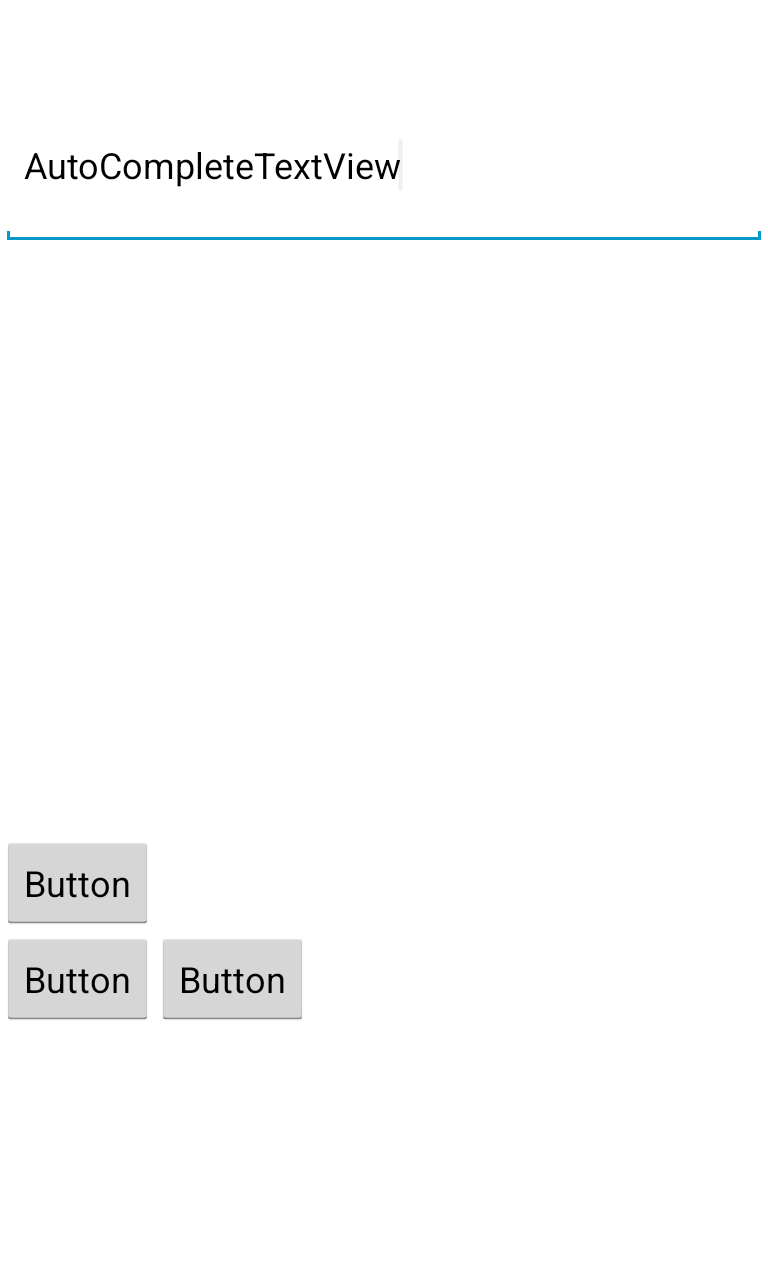
Repository: thinhnk55/android-appshare
Layout: ShareApp/res/layout/activity_main.xml
An editor plug-in stored every save of this project. The layout is shown before and after the next save, followed by the edit.
It is drawn on a 768 x 1280 px phone screen (xhdpi) without system bars, with theme AppTheme; the app's code is not run.

Above is the layout before, as saved 2014-07-02 16:32:36.

### ShareApp/res/layout/activity_main.xml
<RelativeLayout xmlns:android="http://schemas.android.com/apk/res/android"
    xmlns:tools="http://schemas.android.com/tools"
    android:layout_width="match_parent"
    android:layout_height="match_parent"
    tools:context=".MainActivity">

    <TabHost
        android:id="@android:id/tabhost"
        android:layout_width="match_parent"
        android:layout_height="match_parent"
        android:layout_alignParentLeft="true"
        android:layout_alignParentTop="true">

        <LinearLayout
            android:layout_width="match_parent"
            android:layout_height="match_parent"
            android:orientation="vertical"
            android:weightSum="120" >

            <TabWidget
                android:id="@android:id/tabs"
                android:layout_width="match_parent"
                android:layout_height="wrap_content"
                android:layout_weight="10">
            </TabWidget>

            <AutoCompleteTextView
                android:id="@+id/autoCompleteTextView1"
                android:layout_width="match_parent"
                android:layout_height="wrap_content"
                android:ems="10"
                android:text="AutoCompleteTextView"
                android:layout_weight="10" >

                <requestFocus />
            </AutoCompleteTextView>

            <FrameLayout
                android:id="@android:id/tabcontent"
                android:layout_width="match_parent"
                android:layout_weight="20">

                <LinearLayout
                    android:id="@+id/tab1"
                    android:layout_width="match_parent"
                    android:layout_height="match_parent" >
                </LinearLayout>

                <LinearLayout
                    android:id="@+id/tab2"
                    android:layout_width="match_parent"
                    android:layout_height="match_parent" >
                </LinearLayout>

                <LinearLayout
                    android:id="@+id/tab3"
                    android:layout_width="match_parent"
                    android:layout_height="match_parent" >
                </LinearLayout>
            </FrameLayout>

            <FrameLayout
                android:layout_width="match_parent"
                android:layout_height="wrap_content"
                android:layout_weight="50" >
            </FrameLayout>

            <Button
                android:id="@+id/button1"
                android:layout_width="wrap_content"
                android:layout_height="wrap_content"
                android:text="Button" />

            <LinearLayout
                android:layout_width="match_parent"
                android:layout_height="wrap_content" >

                <Button
                    android:id="@+id/button2"
                    android:layout_width="wrap_content"
                    android:layout_height="wrap_content"
                    android:text="Button" />

                <Button
                    android:id="@+id/button3"
                    android:layout_width="wrap_content"
                    android:layout_height="wrap_content"
                    android:text="Button" />

            </LinearLayout>

        </LinearLayout>
    </TabHost>

</RelativeLayout>

Loaded but not shown: ShareApp/res/values/styles.xml (common file); ShareApp/res/values-v11/styles.xml (common file); ShareApp/res/values-v14/styles.xml (common file)

After the next save:
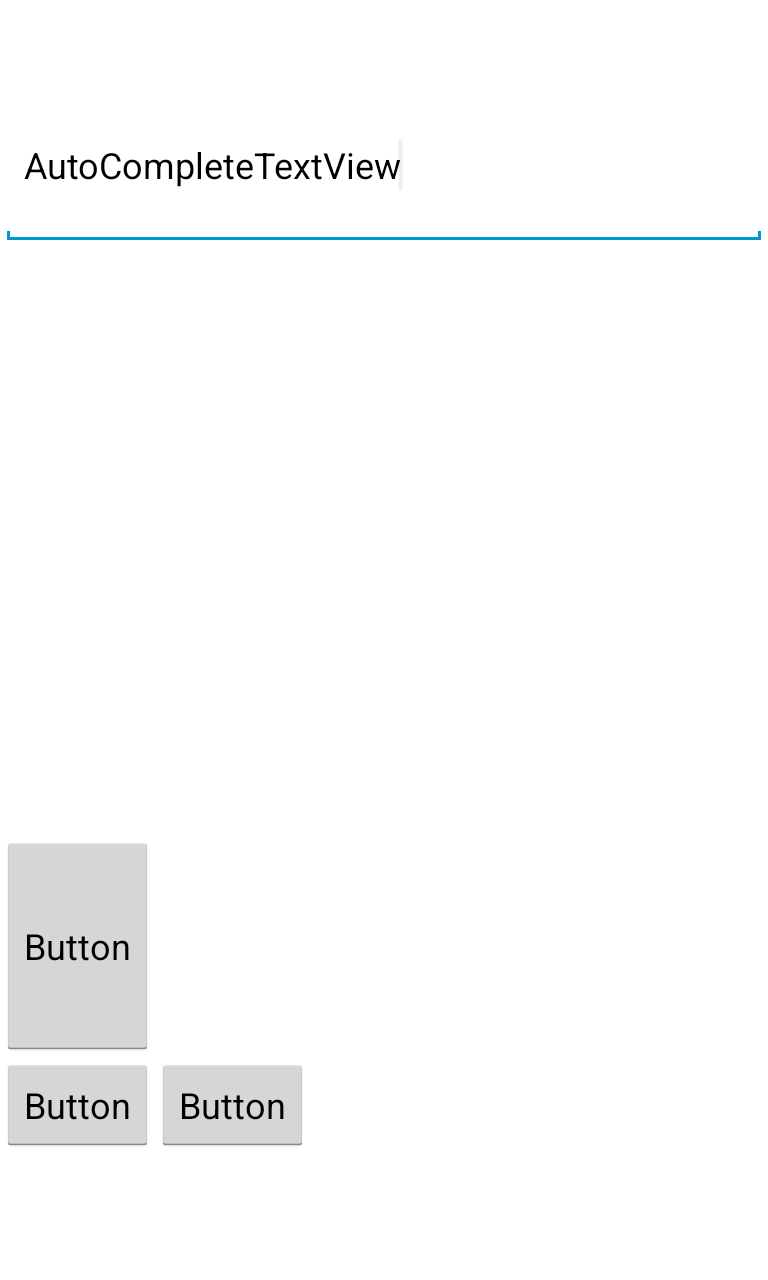
Saved 10 s later.
--- a/ShareApp/res/layout/activity_main.xml
+++ b/ShareApp/res/layout/activity_main.xml
@@ -69,6 +69,7 @@
                 android:id="@+id/button1"
                 android:layout_width="wrap_content"
                 android:layout_height="wrap_content"
+                android:layout_weight="15"
                 android:text="Button" />
 
             <LinearLayout
